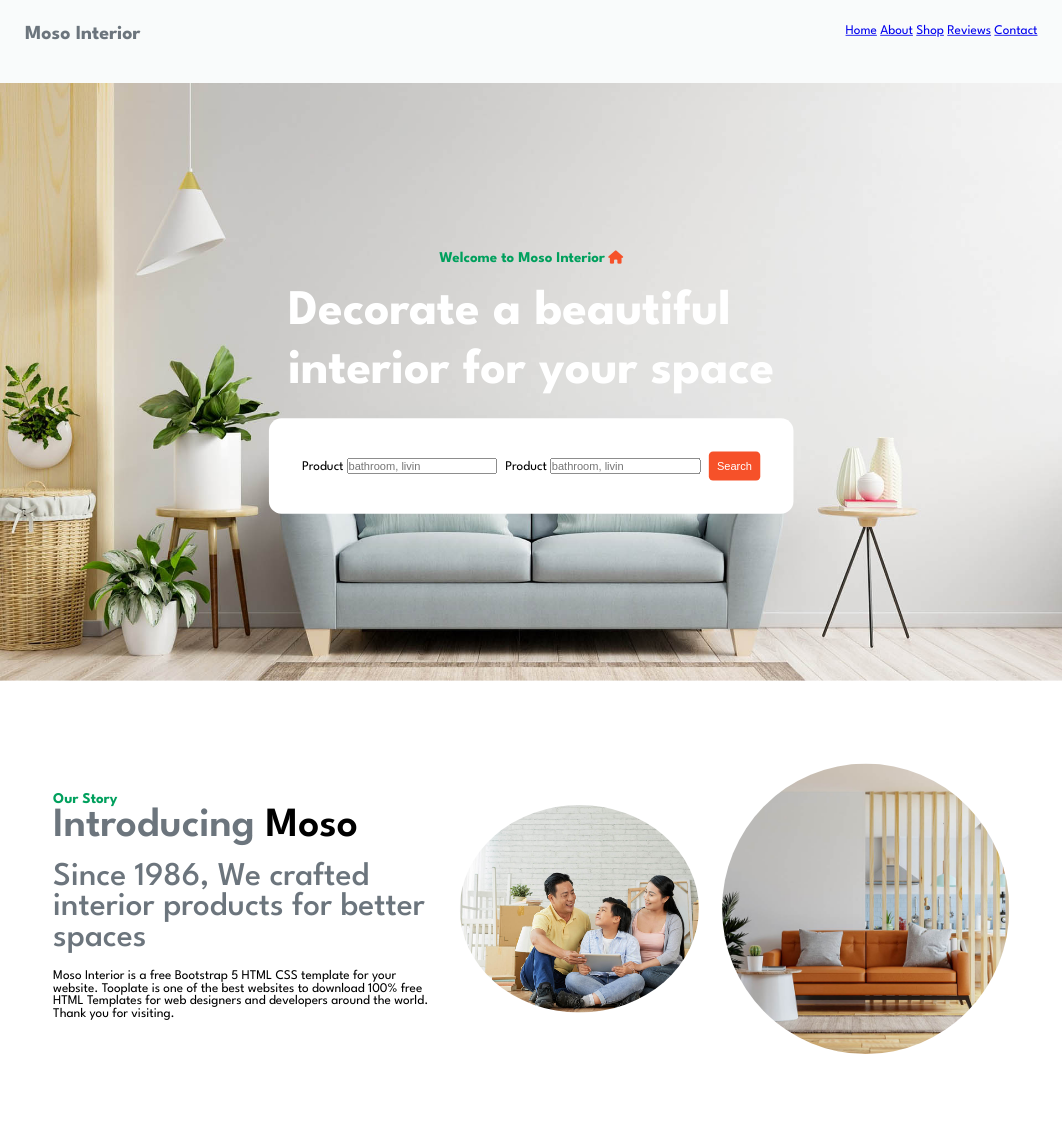
Repository: mariamnabil23/furniture
Page: index.html
These files come from the project's save history. The page is drawn as it stood at one moment and after a run of saves; the edit follows.
The browser window is 1280 px wide. The pictures show the whole page, at 83% of full size.
Some web fonts or font styles are not loaded; a fallback is used.

Above is the page before, as saved 2024-10-30 16:24:20.

### index.html
<!DOCTYPE html>
<html lang="en">

<head>
    <meta charset="UTF-8">
    <meta name="viewport" content="width=device-width, initial-scale=1.0">
    <title>Furnture</title>

    <!-- font awesome -->
    <link rel="stylesheet" href="https://cdnjs.cloudflare.com/ajax/libs/font-awesome/6.0.0-beta3/css/all.min.css">

    <!-- google font -->
    <link rel="preconnect" href="https://fonts.googleapis.com">
    <link rel="preconnect" href="https://fonts.gstatic.com" crossorigin>
    <link
        href="https://fonts.googleapis.com/css2?family=Anton&family=DM+Sans:ital,opsz,wght@0,9..40,100..1000;1,9..40,100..1000&family=Inter:wght@100..900&family=Karla:ital,wght@0,200..800;1,200..800&family=League+Spartan:wght@100..900&family=Montserrat:ital,wght@0,100..900;1,100..900&family=Nunito:ital,wght@0,200..1000;1,200..1000&family=Playwrite+GB+S:ital,wght@0,100..400;1,100..400&family=Saira+Semi+Condensed:wght@100;200;300;400;500;600;700;800;900&family=Sorts+Mill+Goudy:ital@0;1&family=Tajawal:wght@200;300;400;500;700;800;900&family=Work+Sans:ital,wght@0,100..900;1,100..900&family=Yellowtail&family=Zen+Dots&display=swap"
        rel="stylesheet">


    <link rel="stylesheet" href="style.css">
</head>

<body>
    <div class="container">
        <div class="navbar">
            <div class="left">
                <h2>Moso Interior</h2>
            </div>
            <div class="right">
                <ul>
                    <li><a href="#">Home</a></li>
                    <li><a href="#">About</a></li>
                    <li><a href="#">Shop</a></li>
                    <li><a href="#">Reviews</a></li>
                    <li><a href="#">Contact</a></li>
                </ul>
            </div>
        </div>

        <!-- home section -->
        <section class="home">
            <div class="content">
                <div class="top">
                    <h5>Welcome to Moso Interior</h5>
                    <i class="fas fa-home"></i>
                </div>
                <div class="middle">
                    <h1>Decorate a beautiful <br> interior for your space</h1>
                </div>
                <div class="bottom">
                    <div class="l">
                        <label>Product</label>
                        <input placeholder="bathroom, livin">
                    </div>
                    <div class="r">
                        <label>Product</label>
                        <input placeholder="bathroom, livin">
                    </div>
                    <div class="btn">
                        <button>Search</button>
                    </div>
                    <div class="down"><i class="fas fa-arrow"></i></div>
                </div>
            </div>
        </section>

        <!-- about section -->
        <section class="about">
            <div class="content">
                <div class="left">
                    <h5>Our Story</h5>
                    <h1>Introducing <span>Moso</span></h1>
                    <h2>Since 1986, We crafted <br> interior products for better <br> spaces</h2>
                    <p>Moso Interior is a free Bootstrap 5 HTML CSS template for your website. Tooplate is one of the
                        best websites to download 100% free HTML Templates for web designers and developers around the
                        world. Thank you for visiting.</p>
                </div>
                <div class="middle">
                    <img src="/images/about1.jpg">
                </div>
                <div class="right">
                    <img src="/images/about2.jpg">
                </div>
            </div>
        </section>
    </div>
</body>

</html>

### style.css
@import url('https://fonts.googleapis.com/css2?family=Anton&family=DM+Sans:ital,opsz,wght@0,9..40,100..1000;1,9..40,100..1000&family=Inter:wght@100..900&family=Karla:ital,wght@0,200..800;1,200..800&family=League+Spartan:wght@100..900&family=Montserrat:ital,wght@0,100..900;1,100..900&family=Nunito:ital,wght@0,200..1000;1,200..1000&family=Playwrite+GB+S:ital,wght@0,100..400;1,100..400&family=Saira+Semi+Condensed:wght@100;200;300;400;500;600;700;800;900&family=Sorts+Mill+Goudy:ital@0;1&family=Tajawal:wght@200;300;400;500;700;800;900&family=Work+Sans:ital,wght@0,100..900;1,100..900&family=Yellowtail&family=Zen+Dots&display=swap');


*{
    box-sizing: border-box;
    padding: 0;
    margin: 0;
}
body{
    font-family: "League Spartan", sans-serif;
}
ul{
    list-style: none;
}

.navbar{
    width: 100%;
    height: 100px;
    background-color: rgb(249, 251, 251);
    padding: 30px;
}
.navbar .left{
    float: left;
    display: inline;
}
.navbar .right{
    float: right;
    display: inline;
}
.navbar .right ul li{
    display: inline;
}


/* home */
.home{
    width: 100%;
    height: 100vh;
    background-image: url("/images/home-bg-1.jpg");
    background-size: cover;
    display: flex;
    flex-direction: column;
    align-items: center;
    justify-content: center;
    align-items: center;
}
.home .content{
    display: flex;
    flex-direction: column;
    align-items: center;
    justify-content: center;
    align-items: center;
}
.home .top h5{
    display: inline;
    color: #00a05d;
    font-size: 18px;
}
.home .top i{
    color: #f65129;
}
.home .middle h1{
    color: white;
    font-size: 60px;
    margin: 20px 0;
    line-height: 1.2;
}
.home .bottom {
    background: white;
    border-radius: 15px;
    padding: 40px;
    display: flex;
}
.home .bottom .l,
.home .bottom .r{
    margin: auto;
}
.home .bottom .r,
.home .bottom .btn{
    padding-left: 10px;
}
.home .bottom button{
    background: #f65129;
    padding: 10px;
    color: white;
    border: none;
    border-radius: 5px;
}


/* about */

.about{

}
.about .content{
    display: flex;
    justify-content: space-between;
    align-items: center;
    width: 90%;
    margin: 100px auto;
}
.about .left{
    width: 40%;
    height: 280px;
}
.about .left h5{
    color: #00a05d;
    font-size: 18px;
}
.about .middle{
    width: 25%;
    height: 250px;
}
.about .middle img{
    width: 100%;
    height: 100%;
    object-fit: cover;
    border-radius: 100%;
}
.about .right{
    width: 30%;
    height: 350px;
}
.about .right img{
    width: 100%;
    height: 100%;
    object-fit: cover;
    border-radius: 100%;
}
.about .left h1, h2{
    color: #6c757d;
}
.about .left h1{
    font-size: 50px;
    font-weight: 600;
}
.about .left h2{
    font-size: 40px;
    font-weight: 500;
    margin: 20px 0;

}
.about .left span{
    color: black;
}
.about .left p{

}

After the next 2 saves:
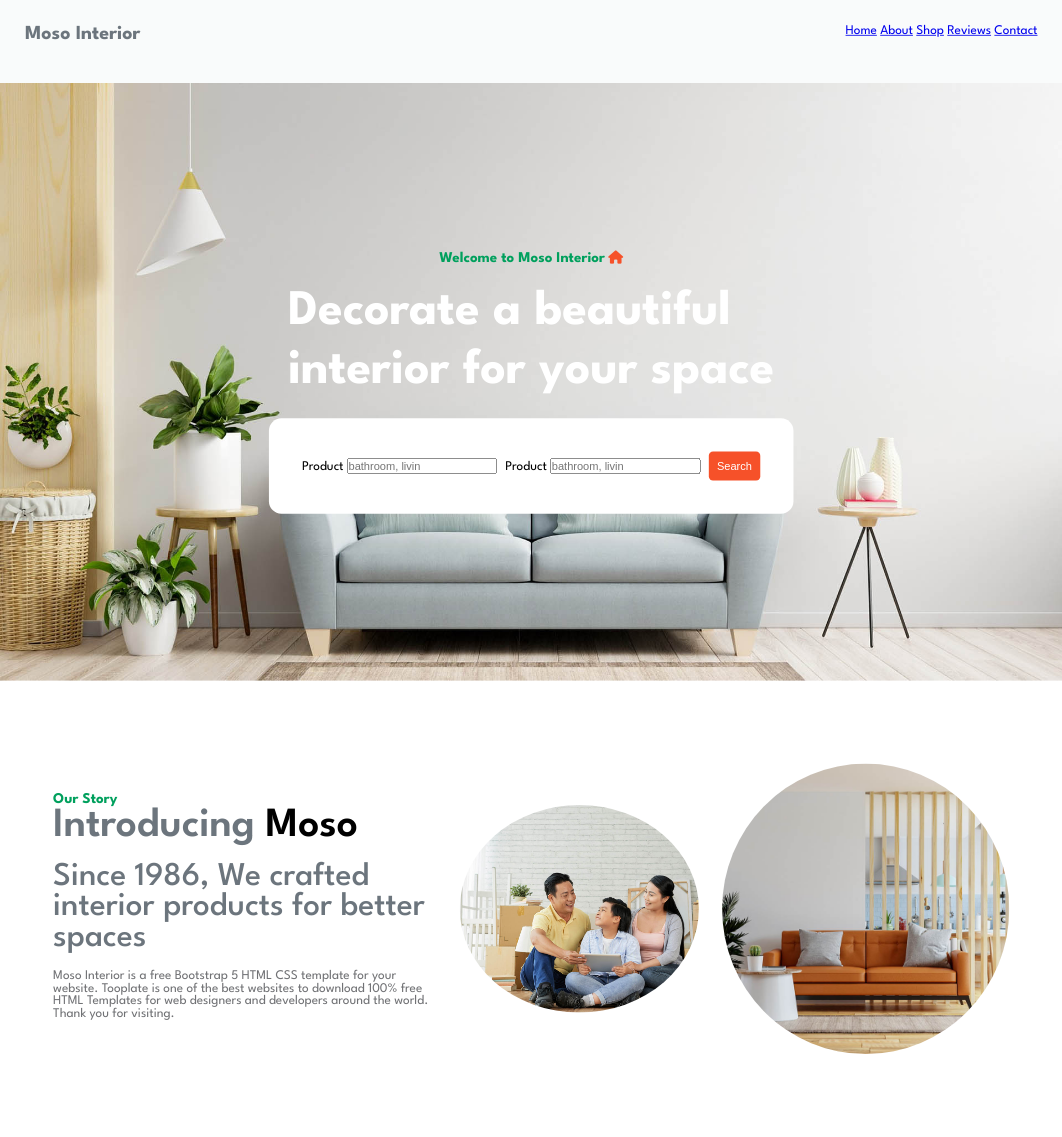
The 2 saves are shown as one change because they came seconds apart.
The last was saved 16 s later.
--- a/style.css
+++ b/style.css
@@ -145,5 +145,5 @@ ul{
     color: black;
 }
 .about .left p{
-
+    color: #717275;
 }
